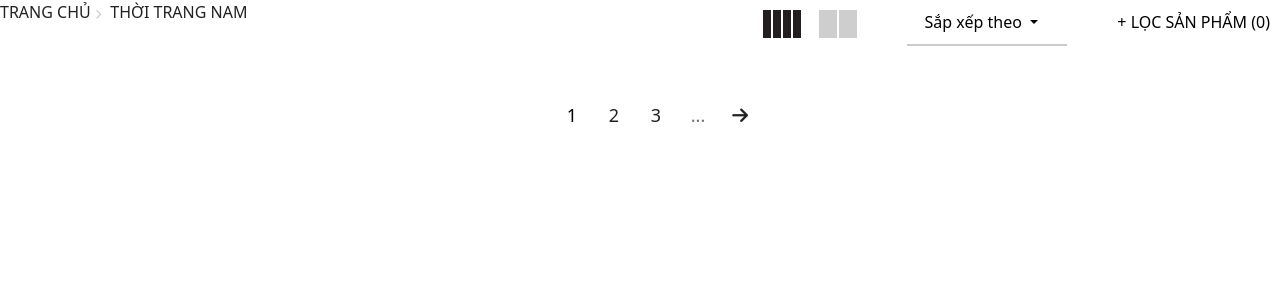
Repository: NguyenQuangQuan021099/FE_Page-Male
Page: index.html
These files come from the project's save history. The page is drawn as it stood at one moment and after the next save; the edit follows.
The browser window is 1280 px wide. The pictures show the whole page.
The page's requests for data from a server got no answer. Some web libraries are served in a nearby version.

Above is the page before, as saved 2021-07-08 11:16:38.

After the next save:
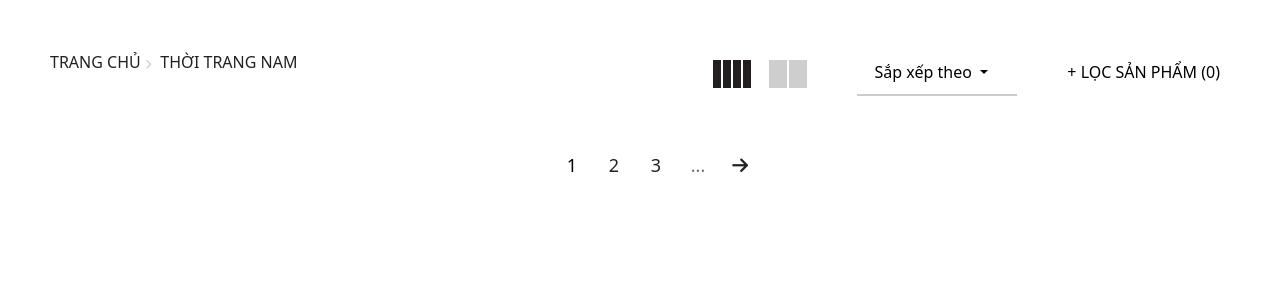
Saved 117 s later.
--- a/style.css
+++ b/style.css
@@ -14,7 +14,7 @@ a, a:hover{
 }
 
 .category__product__action{
-    margin-bottom: 50px;
+    margin: 50px;
     position: relative;
 }
 
